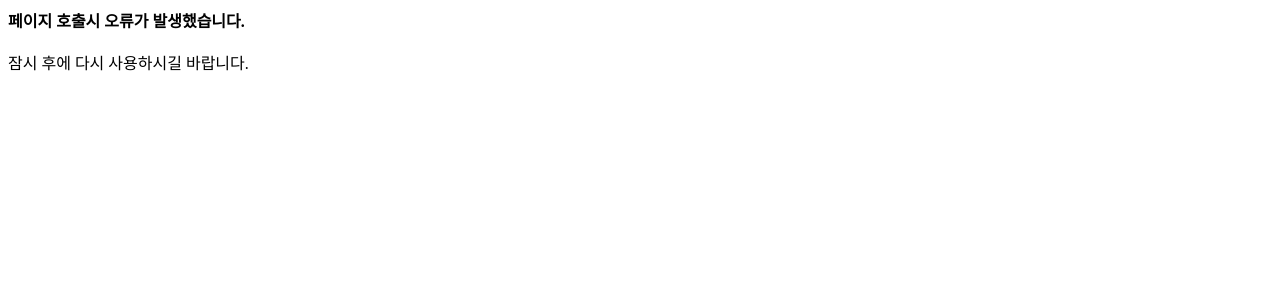
Repository: coolSummer1119/study
Page: http://localhost/ch03_Jsp/ch06_errorPage/error/error500.jsp
The author's editor kept a copy of each file at every save. The page is drawn from the files as they stood at one save, then again after the next save.
The browser window is 1280 px wide. The pictures show the whole page.
The page is served by Tomcat 9.

Above is the page before, as saved 2024-04-24 02:14:43.

After the next save:
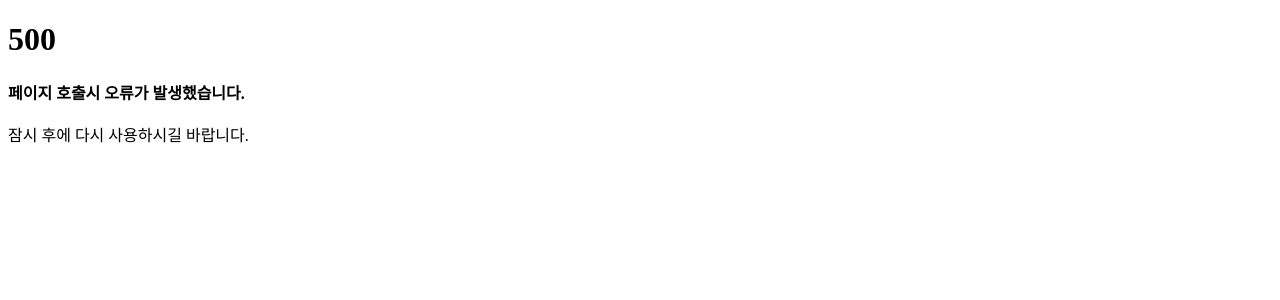
Saved 2 min 18 s later.
--- a/workspace/ch03_Jsp/src/main/webapp/ch06_errorPage/error/error500.jsp
+++ b/workspace/ch03_Jsp/src/main/webapp/ch06_errorPage/error/error500.jsp
@@ -7,6 +7,7 @@
 <title>500 에러 발생</title>
 </head>
 <body>
+<h1>500</h1>
 <strong>페이지 호출시 오류가 발생했습니다.</strong>
 <br><br>
 잠시 후에 다시 사용하시길 바랍니다.
